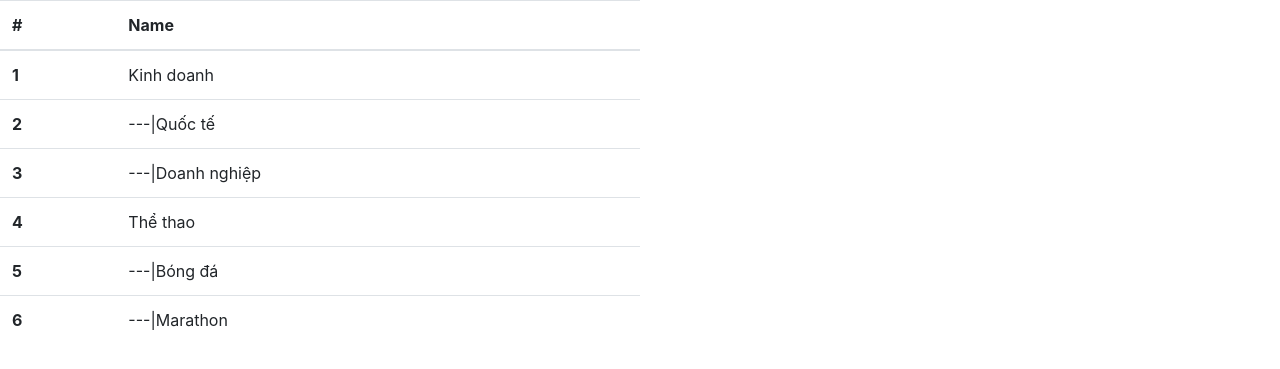
Repository: anhtu2110/backend
Page: http://localhost/backend/section-30_part_2/index.php
An editor plug-in stored every save of this project. The page is shown before and after the next save, followed by the edit.
The browser window is 1280 px wide. The pictures show the whole page.
The page is run by PHP 8.4 with error messages shown; the project is at /var/www/html/.

Above is the page before, as saved 2022-12-06 16:30:22.

### section-30_part_2/index.php
<?php
// --Danh mục tin tức
// --Danh mục sản phẩm
// --Menu
$data = array(
    1 => array(
        'id' => 1,
        'name' => 'Kinh doanh',
        'parent_id' => 0,
    ),
    2 => array(
        'id' => 2,
        'name' => 'Thể thao',
        'parent_id' => 0,
    ),
    3 => array(
        'id' => 3,
        'name' => 'Quốc tế',
        'parent_id' => 1,
    ),
    4 => array(
        'id' => 4,
        'name' => 'Doanh nghiệp',
        'parent_id' => 1,
    ),
    5 => array(
        'id' => 5,
        'name' => 'Bóng đá',
        'parent_id' => 2,
    ),
    6 => array(
        'id' => 6,
        'name' => 'Marathon',
        'parent_id' => 2,
    ),
);
// $result = array(
//     1 => array(
//         'id' => 1,
//         'name' => 'Kinh doanh',
//         'parent_id' => 0,
//     ),
//     3 => array(
//         'id' => 3,
//         'name' => 'Quốc tế',
//         'parent_id' => 1,
//     ),
//     4 => array(
//         'id' => 4,
//         'name' => 'Doanh nghiệp',
//         'parent_id' => 1,
//     ),
//     2 => array(
//         'id' => 2,
//         'name' => 'Thể thao',
//         'parent_id' => 0,
//     ),
//     5 => array(
//         'id' => 5,
//         'name' => 'Bóng đá',
//         'parent_id' => 2,
//     ),
//     6 => array(
//         'id' => 6,
//         'name' => 'Marathon',
//         'parent_id' => 2,
//     ),
// );
function has_child($data, $id)
{
    foreach ($data as $v) {
        if ($v['parent_id'] == $id) {
            return true;
        }
    }
    return false;
}
function data_tree($data, $parent_id = 0, $level = 0)
{
    $result = array();
    foreach ($data as $v) {
        if ($v['parent_id'] == $parent_id) {
            $v['level'] = $level;
            $result[] = $v;
            if (has_child($data, $v['id'])) {
                // ++$level;
                $result_child = data_tree($data, $v['id'], $level + 1);
                $result = array_merge($result, $result_child);
                // --$level;
            }
        }
    }
    return $result;
}
function show_array($data)
{
    if (is_array($data)) {
        echo "<pre>";
        print_r($data);
        echo "</pre>";
    }
}
// echo "<pre>";
// print_r(data_tree($data, 0));
// show_array(data_tree($data, 0));
$result = data_tree($data);
?>
<!DOCTYPE html>
<html lang="en">

<head>
    <meta charset="UTF-8">
    <meta http-equiv="X-UA-Compatible" content="IE=edge">
    <meta name="viewport" content="width=device-width, initial-scale=1.0">
    <link rel="stylesheet" href="https://cdn.jsdelivr.net/npm/bootstrap@4.6.2/dist/css/bootstrap.min.css" integrity="sha384-xOolHFLEh07PJGoPkLv1IbcEPTNtaed2xpHsD9ESMhqIYd0nLMwNLD69Npy4HI+N" crossorigin="anonymous">
    <title>Document</title>
</head>

<body>
    <table class="table w-50">
        <thead>
            <tr>
                <th scope="col">#</th>
                <th scope="col">Name</th>
            </tr>
        </thead>
        <tbody>
            <?php
            $i = 0;
            foreach ($result as $item) {
                ++$i;
            ?>
                <tr>
                    <th scope="row"><?php echo $i ?></th>
                    <td><?php echo str_repeat('---|', $item['level']) . $item['name'] ?></td>
                </tr>
            <?php
            }
            ?>

        </tbody>
    </table>
</body>

</html>

After the next save:
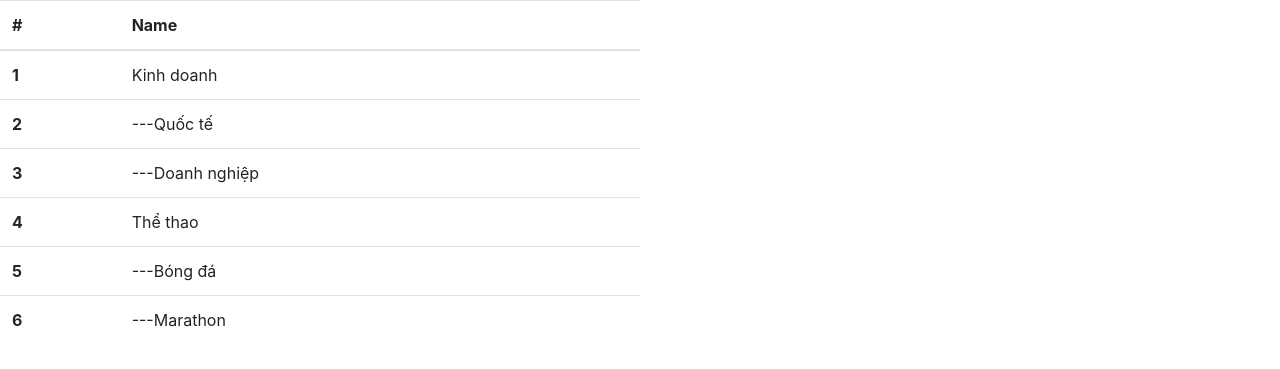
Saved 16 s later.
--- a/section-30_part_2/index.php
+++ b/section-30_part_2/index.php
@@ -132,7 +132,7 @@ $result = data_tree($data);
             ?>
                 <tr>
                     <th scope="row"><?php echo $i ?></th>
-                    <td><?php echo str_repeat('---|', $item['level']) . $item['name'] ?></td>
+                    <td><?php echo str_repeat('---', $item['level']) . $item['name'] ?></td>
                 </tr>
             <?php
             }
